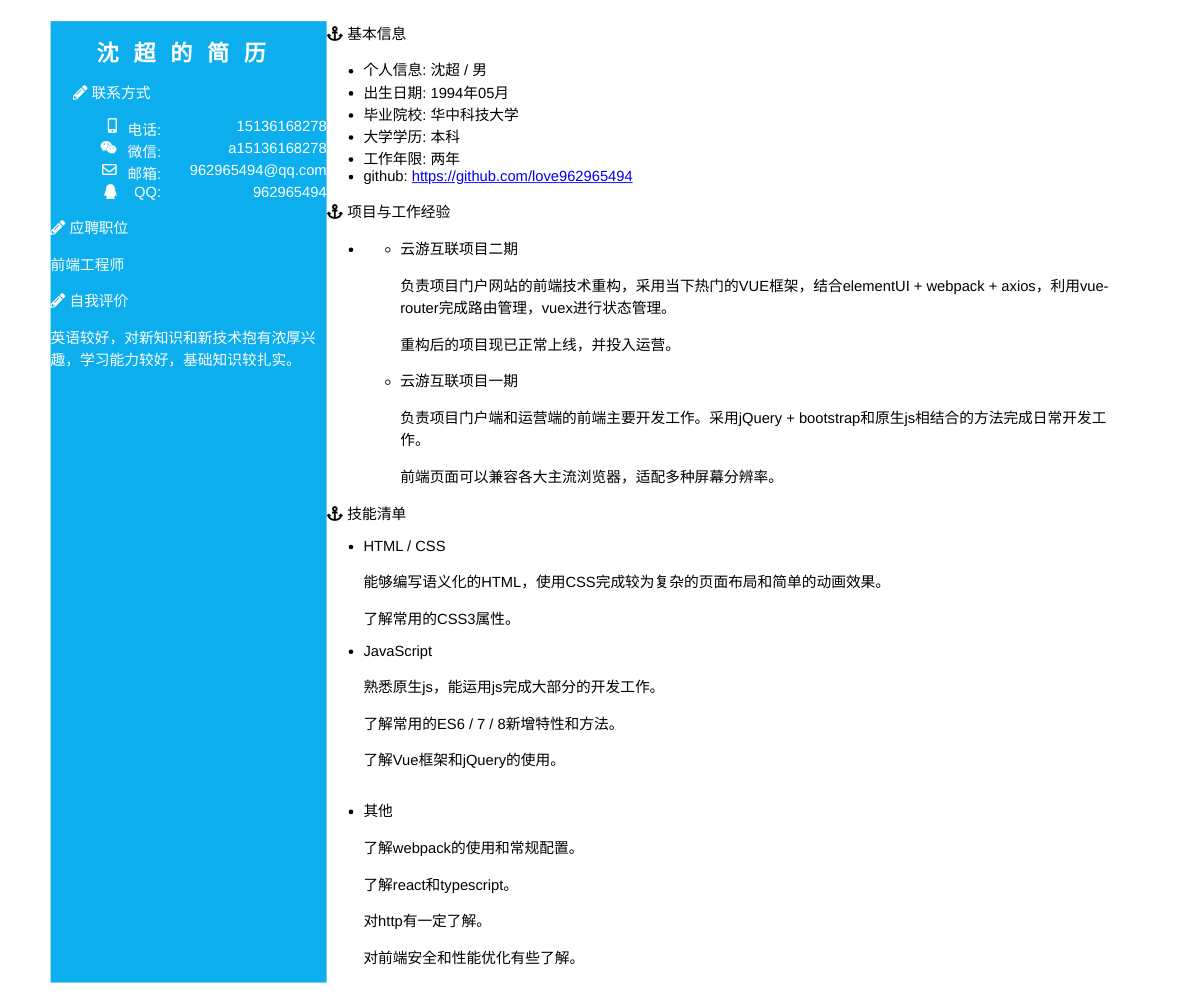
Repository: love962965494/my-resume
Page: index.html
The author's editor kept a copy of each file at every save. The page is drawn from the files as they stood at one save, then again after the next save.
The browser window is 1280 px wide. The pictures show the whole page, at 92% of full size.
Some web libraries are served in a nearby version. The style sheet was rebuilt from its Sass, Less or Tailwind sources for each picture, by a compiler version that may differ from the author's.

Above is the page before, as saved 2018-09-02 17:33:28.

### index.html
<!DOCTYPE html>
<html lang="en">

<head>
  <meta charset="UTF-8">
  <meta name="viewport" content="width=device-width, initial-scale=1.0">
  <meta http-equiv="X-UA-Compatible" content="ie=edge">
  <title>沈超的简历</title>
  <link rel="stylesheet" href="https://use.fontawesome.com/releases/v5.0.10/css/all.css" integrity="sha384-+d0P83n9kaQMCwj8F4RJB66tzIwOKmrdb46+porD/OvrJ+37WqIM7UoBtwHO6Nlg"
    crossorigin="anonymous">
  <link rel="stylesheet" href="./styles/myResume.css">
</head>

<body>
  <div id="container" class="container">
    <!-- 左边栏 -->
    <aside class="content__left">
      <!-- 头像区域 -->
      <div class="content__left--title">
        <h1>沈超的简历</h1>
      </div>

      <!-- 联系方式区域 -->
      <div class="content__left--contact">
        <div class="title">
          <i class="fas fa-pencil-alt"></i>
          <span>联系方式</span>
        </div>
        <ul class="list">
          <li>
            <span>
              <i class="fas fa-mobile-alt"></i>
            </span>
            <span>电话:</span>
            <span>15136168278</span>
          </li>
          <li>
            <span>
              <i class="fab fa-weixin"></i>
            </span>
            <span>微信:</span>
            <span>a15136168278</span>
          </li>
          <li>
            <span>
              <i class="far fa-envelope"></i>
            </span>
            <span>邮箱:</span>
            <span>962965494@qq.com</span>
          </li>
          <li>
            <span>
              <i class="fab fa-qq"></i>
            </span>
            <span>QQ:</span>
            <span>962965494</span>
          </li>
        </ul>
      </div>

      <!-- 应聘职位区域 -->
      <div class="content__left--application">
        <span class="title">
          <i class="fas fa-pencil-alt"></i>
          <span>应聘职位</span>
        </span>
        <p class="application-job">前端工程师</p>
      </div>

      <!-- 个人评价区域 -->
      <div class="content__left--evaluation">
        <span class="title">
          <i class="fas fa-pencil-alt"></i>
          <span>自我评价</span>
        </span>
        <p class="self-evaluate">英语较好，对新知识和新技术抱有浓厚兴趣，学习能力较好，基础知识较扎实。</p>
      </div>
    </aside>

    <!-- 右边栏 -->
    <div class="content__right">
      <!-- 基本信息 -->
      <div class="basic-info info">
        <div class="header">
          <i class="fas fa-anchor"></i>
          <span>基本信息</span>
        </div>
        <div class="content">
          <ul>
            <li>
              <span>个人信息:</span>
              <span>沈超&nbsp;/&nbsp;男</span>
            </li>
            <li>
              <span>出生日期:</span>
              <span>1994年05月</span>
            </li>
            <li>
              <span>毕业院校:</span>
              <span>华中科技大学</span>
            </li>
            <li>
              <span>大学学历:</span>
              <span>本科</span>
            </li>
            <li>
              <span>工作年限:</span>
              <span>两年</span>
            </li>
            <li>
              <span>github:</span>
              <span><a href="https://github.com/love962965494" target="_blank">https://github.com/love962965494</a></span>
            </li>
          </ul>
        </div>
      </div>

      <!-- 项目经验 -->
      <div class="experience-info info">
        <div class="header">
          <i class="fas fa-anchor"></i>
          <span>项目与工作经验</span>
        </div>
        <div class="content">
          <ul>
            <li>
              <div class="company-info"></div>
              <ul class="work-experience-list">
                <li>
                  <div class="work-name circle">云游互联项目二期</div>
                  <div class="work-info">
                    <p>负责项目门户网站的前端技术重构，采用当下热门的VUE框架，结合elementUI + webpack + axios，利用vue-router完成路由管理，vuex进行状态管理。</p>
                    <p>重构后的项目现已正常上线，并投入运营。</p>
                  </div>
                  <div class="work-picture"></div>
                </li>
                <li style="padding-top: 0">
                  <div class="work-name circle">云游互联项目一期</div>
                  <div class="work-info">
                    <p>负责项目门户端和运营端的前端主要开发工作。采用jQuery + bootstrap和原生js相结合的方法完成日常开发工作。</p>
                    <p>前端页面可以兼容各大主流浏览器，适配多种屏幕分辨率。</p>
                  </div>
                  <div class="work-picture"></div>
                </li>
              </ul>
            </li>
            </li>
          </ul>
        </div>
      </div>

      <!-- 技能清单 -->
      <div class="skill-info info">
        <div class="header">
          <i class="fas fa-anchor"></i>
          <span>技能清单</span>
        </div>
        <div class="content">
          <ul class="skill-list">
            <li>
              <div class="skill-name circle">HTML / CSS</div>
              <div class="skill-info">
                <p>能够编写语义化的HTML，使用CSS完成较为复杂的页面布局和简单的动画效果。</p>
                <p>了解常用的CSS3属性。</p>
              </div>
            </li>
            <li>
              <div class="skill-name circle">JavaScript</div>
              <div class="skill-info">
                <p>熟悉原生js，能运用js完成大部分的开发工作。</p>
                <p>了解常用的ES6 / 7 / 8新增特性和方法。</p>
                <p>了解Vue框架和jQuery的使用。</p>
              </div>
            </li>
            <li style="border-top: 15px solid transparent;">
              <div class="skill-name circle">其他</div>
              <div class="skill-info">
                <p>了解webpack的使用和常规配置。</p>
                <p>了解react和typescript。</p>
                <p>对http有一定了解。</p>
                <p>对前端安全和性能优化有些了解。</p>
              </div>
            </li>
          </ul>
        </div>
      </div>
    </div>
  </div>
</body>

</html>

### styles/myResume.scss
@mixin text-center {
  text-align: center;
}

@mixin row {
  grid-column: 1 / span 12;
}

@media (min-width: 992px) {
  .container {
    width: 970px;
  }
}

@media (min-width: 1200px) {
  .container {
    width: 1170px;
  }
}

.container {
  display: grid;
  grid-template-columns: minmax(200px, 300px) 1fr;
  padding: 15px;
  margin: auto;
  font-family: "Helvetica Neue",Helvetica,"PingFang SC","Hiragino Sans GB","Microsoft YaHei","微软雅黑",Arial,sans-serif;
}

.content__left {
  display: grid;
  grid-template-columns: repeat(12, 1fr);
  grid-template-rows: repeat(4, min-content);
  background-color: #0daeee;
  color: #fff;

  &--title {
    @include row;
    @include text-center;
    margin: 15px;

    & > h1 {
      margin: 0;
      white-space: nowrap;
      letter-spacing: 1rem;
    }
  }

  &--contact {
    @include row();

    & > .title {
      padding-left: 1.5rem;
    }

    & > .list {
      list-style: none;
      text-align: right;

      & > li {
        display: grid;
        grid-template-columns: 2rem 3rem 1fr;
      }
    }
  }

  &--application {
    @include row();
  }

  &--evaluation {
    @include row();
  }
}

After the next save:
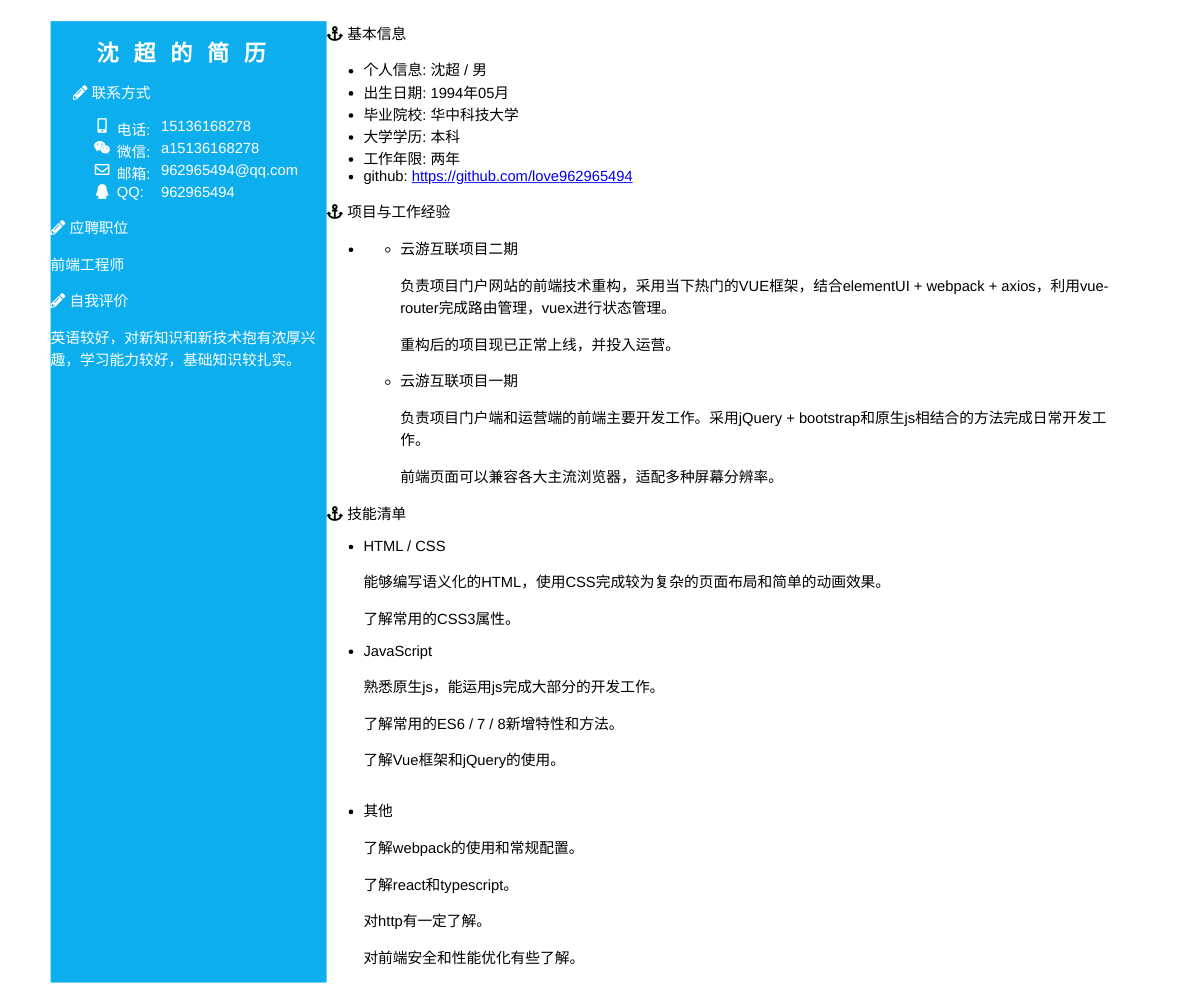
Saved 22 s later.
--- a/styles/myResume.scss
+++ b/styles/myResume.scss
@@ -54,11 +54,14 @@
 
     & > .list {
       list-style: none;
-      text-align: right;
 
       & > li {
         display: grid;
         grid-template-columns: 2rem 3rem 1fr;
+
+        & > span:nth-of-type(1) {
+          text-align: center;
+        }
       }
     }
   }
